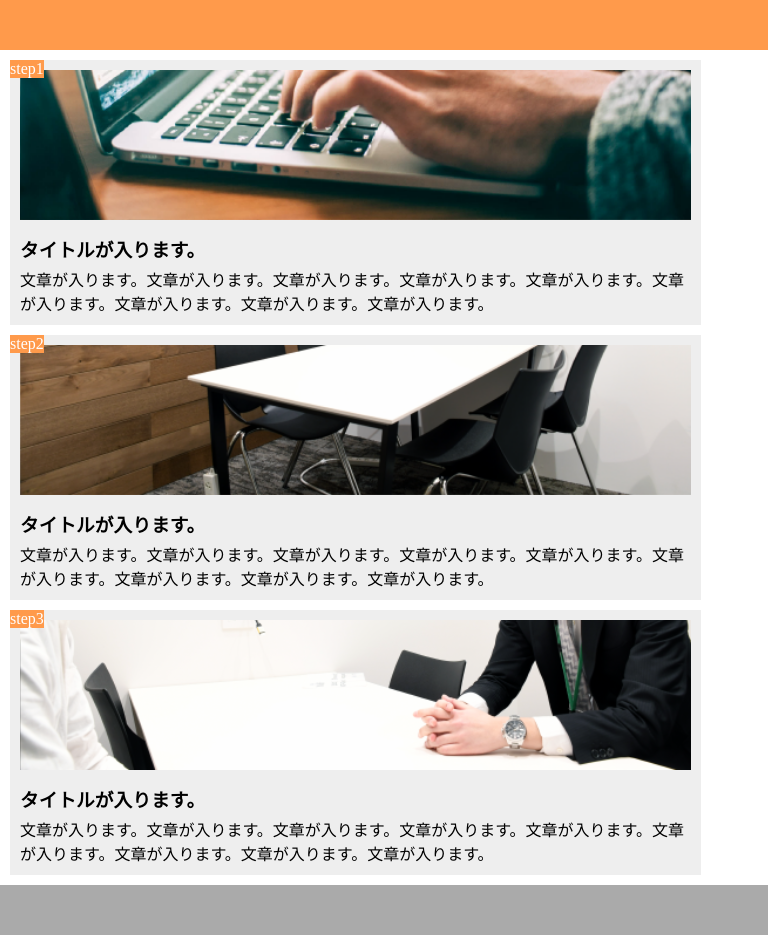
Repository: TsuKou/MainContents
Page: chapter9/ensyuu2/ensyuu2.html
The author's editor kept a record of every edit. The page is drawn from the files as they stood at one moment, then again after the next edit.
The browser window is 768 px wide. The pictures show the whole page.

Above is the page before.

### chapter9/ensyuu2/ensyuu2.html
<!DOCTYPE html>
<html jang="ja">
  <head>
    <meta charset="UTF-8" />
    <link rel="stylesheet" href="ensyuu2.css" />
    <title>9章演習問題2</title>
    <meta name="viewport" content="width=device-width,initial-ccale=1">
  </head>

  <body>
    <header></header>

    <main>
      <div class="box">
        <div class="box-img1"></div>
        <span class="step">step1</span>
        <h3 class="title">タイトルが入ります。</h3>
        <p class="box-text">
          文章が入ります。文章が入ります。文章が入ります。文章が入ります。文章が入ります。文章が入ります。文章が入ります。文章が入ります。文章が入ります。
        </p>
      </div>

     <div class="box">
        <div class="box-img2"></div>
        <span class="step">step2</span>
        <h3 class="title">タイトルが入ります。</h3>
        <p class="box-text">
          文章が入ります。文章が入ります。文章が入ります。文章が入ります。文章が入ります。文章が入ります。文章が入ります。文章が入ります。文章が入ります。
        </p>
      </div>

      <div class="box">
        <div class="box-img3"></div>
        <span class="step">step3</span>
        <h3 class="title">タイトルが入ります。</h3>
        <p class="box-text">
          文章が入ります。文章が入ります。文章が入ります。文章が入ります。文章が入ります。文章が入ります。文章が入ります。文章が入ります。文章が入ります。
        </p>
      </div>

    </main>

    <footer></footer>

  </body>

</html>

### chapter9/ensyuu2/ensyuu2.css
* {
  margin: 0;
  padding: 0;
  box-sizing: border-box;
}

header {
  height: 50px;
  background-color: #ff9a4b;
}

main {
  width: 960px;
  margin: 50px auto;
  display: flex;
}

.box {
  width: 300px;
  margin-right: 30px;
  padding: 10px;
  position: relative;
  background-color: #eee;
}

.box:last-child {
  margin-right: 0;
}
.box-img1 {
  height: 150px;
  background-image: url(img/flow01.png);
  background-position: bottom;
  background-size: cover;
}

.box-img2 {
  height: 150px;
  background-image: url(img/flow02.png);
  background-position: bottom;
  background-size: cover;
}

.box-img3 {
  height: 150px;
  background-image: url(img/flow03.png);
  background-position: bottom;
  background-size: cover;
}

.step {
  position: absolute;
  top: 0;
  left: 0;
  background-color: #ff9a4b;
  color: #ffffff;
}

.title {
  margin: 15px 0 5px 0;
}

footer {
  height: 50px;
  background-color: #aaaaaa;
}

@media screen and (max-width: 768px) {

  main {
    width: 100%;
    display: block;
    margin: 0 auto;
  }

  .box {
    width: 90%;
    margin: 10px;
  }
}

After the next edit:
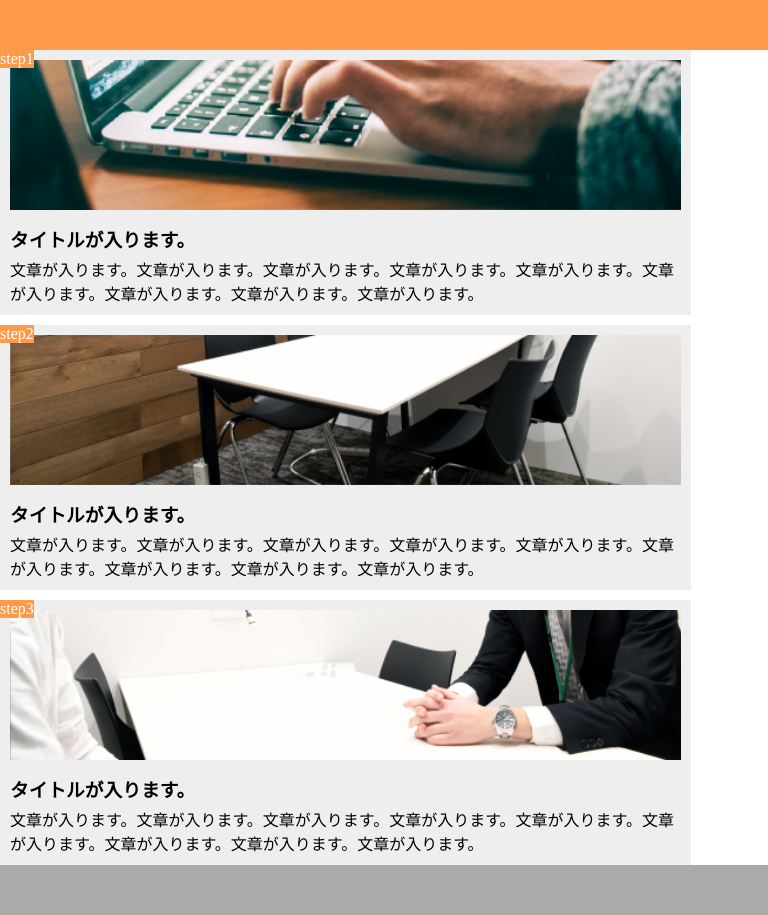
The edit:
--- a/chapter9/ensyuu2/ensyuu2.css
+++ b/chapter9/ensyuu2/ensyuu2.css
@@ -74,6 +74,15 @@
 
   .box {
     width: 90%;
-    margin: 10px;
+    margin-top: 10px;
+    margin-bottom: 10px;
+  }
+
+  .box:first-child {
+    margin-top: 0px;
+  }
+
+  .box:last-child {
+    margin-bottom: 0px;
   }
 }
